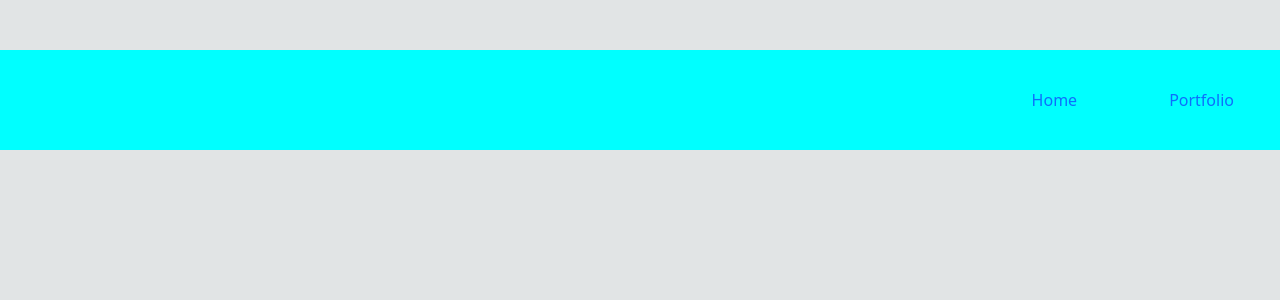
Repository: luckychxn123/game-of-life-22
Page: wef008-mywebsite.html
The author's editor kept a copy of each file at every save. The page is drawn from the files as they stood at one save, then again after the next save.
The browser window is 1280 px wide. The pictures show the whole page.
Some web libraries are served in a nearby version.

Above is the page before, as saved 2022-08-21 16:17:37.

### wef008-mywebsite.html
<!DOCTYPE html>
<html lang="en">
<head>
    <meta charset="UTF-8">
    <meta http-equiv="X-UA-Compatible" content="IE=edge">
    <meta name="viewport" content="width=device-width, initial-scale=1.0">
    <title>Lucky Chan</title>

    <link rel="stylesheet" href="https://cdnjs.cloudflare.com/ajax/libs/font-awesome/6.1.2/css/all.min.css">
    <link href="https://cdn.jsdelivr.net/npm/bootstrap@5.1.3/dist/css/bootstrap.min.css" rel="stylesheet"
          integrity="sha384-1BmE4kWBq78iYhFldvKuhfTAU6auU8tT94WrHftjDbrCEXSU1oBoqyl2QvZ6jIW3" crossorigin="anonymous">
    <style>
        body{
            margin: 0px;
            background-color: rgb(225, 228, 229);
        }
        .nav{
            display: flex;
            flex-wrap: wrap;
            justify-content: end;
            margin-top: 50px;
            background-color: aqua;
        }
        .nav a{
            margin: 30px;
            justify-content: start;
        }
        .nav a:hover{
            background-color: rgba(0, 0, 0, 0.631);
            transition: linear 0.3s;
        }
    </style>
</head>
<body>
    <nav class="nav">
  <a class="nav-link active" aria-current="page" href="file:///C:\Users\Lucky\Desktop\Tecky\August lesson exc\wef008\wef008-mywebsite2.html">Home</a>
  <a class="nav-link" href="file:///C:\Users\Lucky\Desktop\Tecky\August lesson exc\wef008\wef008-mywebsite2.html">Portfolio</a>
  <!-- <a class="nav-link" href="#">Contact</a> -->
</nav>
</body>
</html>

After the next save:
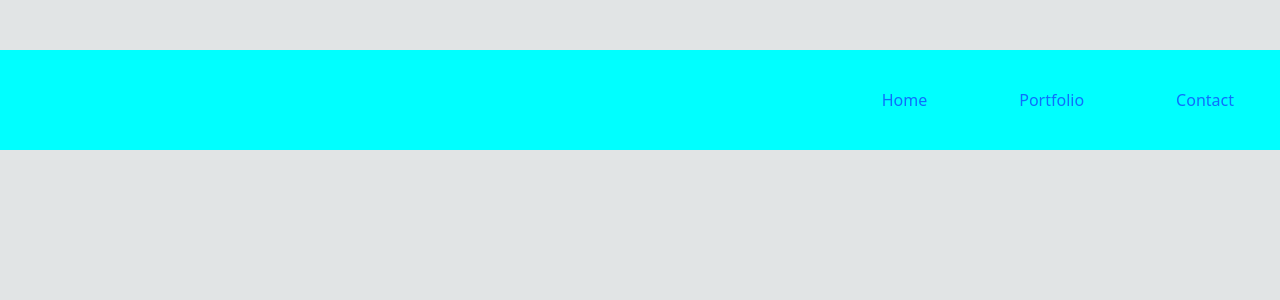
Saved 73 s later.
--- a/wef008-mywebsite.html
+++ b/wef008-mywebsite.html
@@ -35,7 +35,7 @@
     <nav class="nav">
   <a class="nav-link active" aria-current="page" href="file:///C:\Users\Lucky\Desktop\Tecky\August lesson exc\wef008\wef008-mywebsite2.html">Home</a>
   <a class="nav-link" href="file:///C:\Users\Lucky\Desktop\Tecky\August lesson exc\wef008\wef008-mywebsite2.html">Portfolio</a>
-  <!-- <a class="nav-link" href="#">Contact</a> -->
+  <a class="nav-link" href="file:///C:\Users\Lucky\Desktop\Tecky\August lesson exc\wef008\wef008-mywebsite3.html">Contact</a>
 </nav>
 </body>
 </html>
